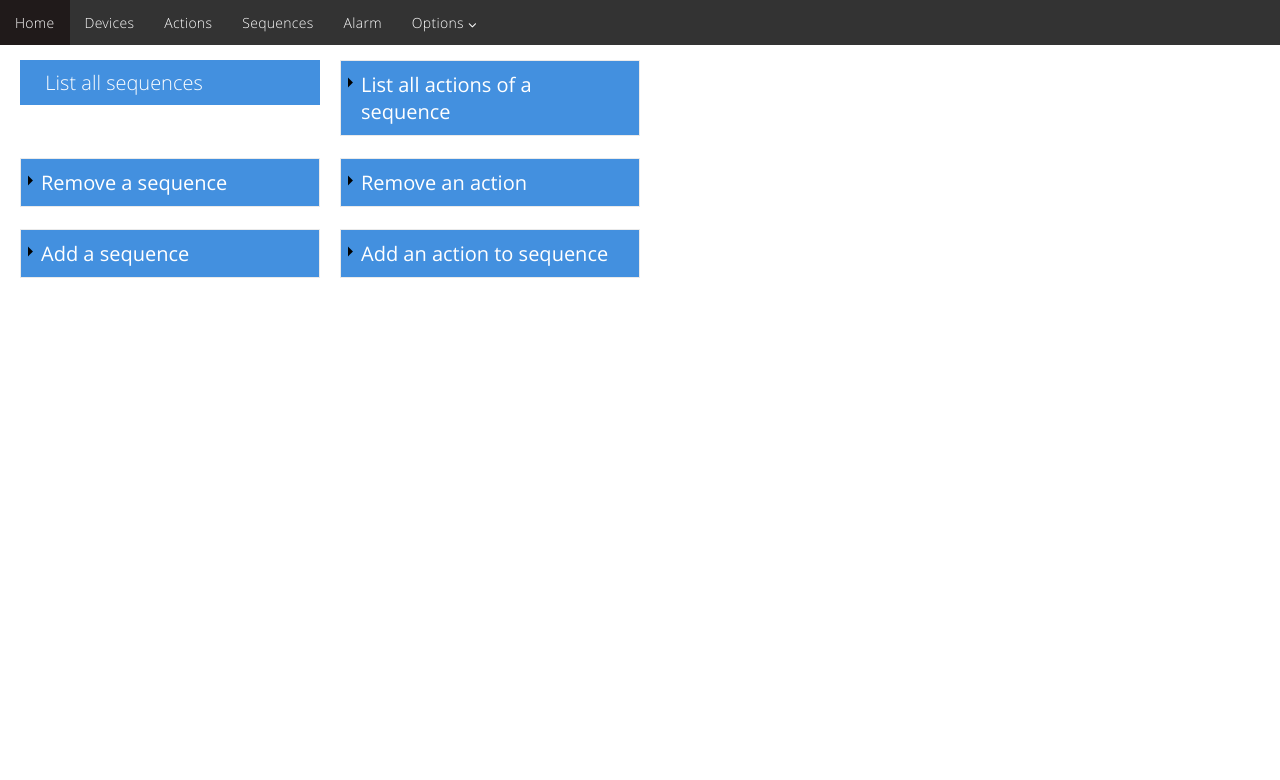
Repository: Pietvergiet/RPiProject
Page: http://localhost/RPi/Sequence.jsp
The author's editor kept a copy of each file at every save. The page is drawn from the files as they stood at one save, then again after the next save.
The browser window is 1280 px wide. The pictures show the whole page.
The page is served by Tomcat 9. Nobody is signed in. The application's start-up code is not run.

Above is the page before, as saved 2014-10-28 13:45:01.

After the next save:
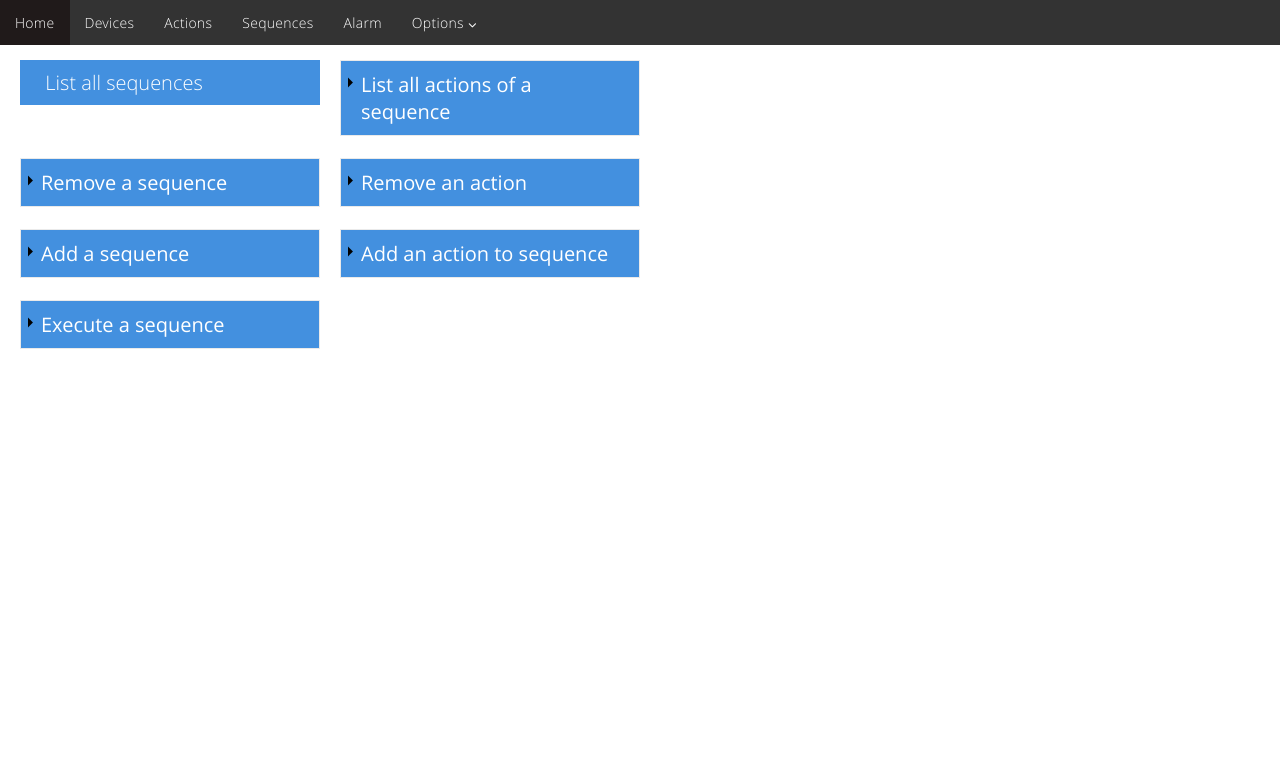
Saved 2 min 36 s later.
--- a/RPi/src/main/webapp/Sequence.jsp
+++ b/RPi/src/main/webapp/Sequence.jsp
@@ -107,6 +107,19 @@
 					</div>
 				</div>
 			</div>
+			<div class="row">
+				<div class="accordion with-marker span4 place-left" data-role="accordion" data-closeany="false">
+
+					<div class="accordion-frame" style="font-size:20px;">
+    					<a class="heading bg-lightBlue fg-white collapsed" href="#">Execute a sequence</a>
+       	 				<div class="content" style="display: none;">
+        					<p>Fill in the ID of the sequence <br>that should be executed.<p>
+        					<p><input name="seqExe" type="text" data-state="info"></p>
+        					<p><input name="button" class="bg-lightBlue bg-hover-darkBlue fg-white" type="submit" value="Execute" style="font-size:15px; height:50px; width:175px;"></p>
+        				</div>
+					</div>
+				</div>
+			</div>
 		</form>
 </div>
 
